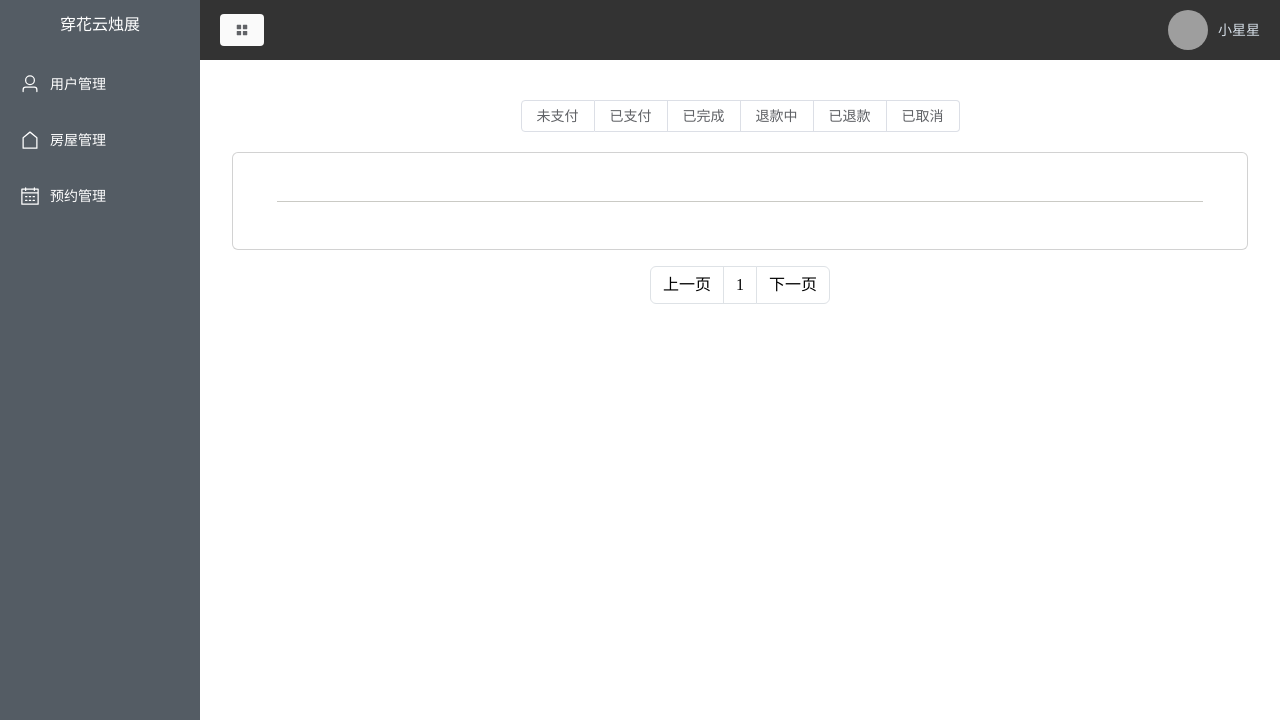
Repository: 3403784285-lucky/test-vue-big
Page: /manage/preview
An editor plug-in stored every save of this project. The page is shown before and after the next save, followed by the edit.
The browser window is 1280 px wide. The pictures show the whole page.
Pictures or frames that could not be fetched are drawn as grey boxes. The page's requests for data from a server got no answer. The project was rebuilt for these pictures with package versions that can differ from the ones it lists, and the page was loaded fresh each time. No one was signed in, and anything a server would have sent is missing. Also part of the build but not shown: vite.config.js, src/components/HelloWorld.vue, src/components/WelcomeItem.vue, src/components/icons/IconDocumentation.vue, src/components/icons/IconTooling.vue, src/components/icons/IconEcosystem.vue, src/components/icons/IconCommunity.vue, src/components/icons/IconSupport.vue and 2 more. Imported but missing from the stored project, and not drawn on this page: src/views/user/UserPassword.vue.

Above is the page before, as saved 2024-06-22 11:13:29.

### src/main.js
/*
 * @Author: 3403784285-lucky 147294730+3403784285-lucky@users.noreply.github.com
 * @Date: 2023-11-22 15:07:09
 * @LastEditors: 3403784285-lucky 147294730+3403784285-lucky@users.noreply.github.com
 * @LastEditTime: 2023-12-07 16:18:51
 * @FilePath: \test-vue-big\src\main.js
 * @Description: 这是默认设置,请设置`customMade`, 打开koroFileHeader查看配置 进行设置: https://github.com/OBKoro1/koro1FileHeader/wiki/%E9%85%8D%E7%BD%AE
 */
import { createApp } from 'vue'
import pinia from './stores'
import App from './App.vue'
import router from './router'
import '@/assets/main.scss'
import 'jquery/dist/jquery.min'
import 'bootstrap/dist/css/bootstrap.css'
import 'bootstrap/dist/js/bootstrap'
import 'bootstrap/dist/js/bootstrap.bundle.min' // 注意这里使用了 bundle 版本，它包含了 Popper.js
import '@/assets/font/iconfont.css'

import ElementPlus from 'element-plus'//引入Element Plus库，用于创建UI界面
import 'element-plus/dist/index.css'//引入Element Plus库的CSS样式表
const app = createApp(App)
//带有凭证，跨域操作
// axios.defaults.withCredentials = true
app.use(pinia)
app.use(router)

app.use(ElementPlus);
app.mount('#app')

import * as ELIcons from '@element-plus/icons-vue'
// 全局导入element plus图标
for (let iconName in ELIcons) {
    app.component(iconName, ELIcons[iconName])
}

### src/stores/index.js
//pinia独立维护

import { createPinia } from 'pinia'
import { defineStore } from 'pinia';

import persist from 'pinia-plugin-persistedstate'
const pinia = createPinia()

pinia.use(persist)
//统一导出
export default pinia
export * from './modules/user'
export * from './modules/counter'

export * from './modules/time'
export const useButtonStore = defineStore('button', {
    state: () => ({
        fromButton: false
    }),
    actions: {
        setFromButton(value) {
            this.fromButton = value;
        }
    }
});

### src/App.vue
<script setup>


</script>

<template>
  <router-view ></router-view>
</template>

<style scoped>

*{
  padding: 0;
  margin: 0;
}


</style>
<!-- "lint-staged": {
       "*.{js,ts,vue}": [
         "eslint --fix"
       ]
     } -->

### src/assets/main.scss
body{
    margin: 0;
    background-color: #f5f5f5;
}
// fade-slide

### src/assets/font/iconfont.css
@font-face {
  font-family: "iconfont"; /* Project id 4248113 */
  src: url('iconfont.woff2?t=1702733858370') format('woff2'),
       url('iconfont.woff?t=1702733858370') format('woff'),
       url('iconfont.ttf?t=1702733858370') format('truetype');
}

.iconfont {
  font-family: "iconfont" !important;
  font-size: 16px;
  font-style: normal;
  -webkit-font-smoothing: antialiased;
  -moz-osx-font-smoothing: grayscale;
}

.icon-shouye:before {
  content: "\e614";
}

.icon-weizhi:before {
  content: "\e615";
}

.icon-jinggao:before {
  content: "\e627";
}

.icon-yishoucang:before {
  content: "\e622";
}

.icon-shangchuangequ:before {
  content: "\e62e";
}

.icon-yunxiazai:before {
  content: "\e601";
}

.icon-shoucang1:before {
  content: "\e602";
}

.icon-xiazai2:before {
  content: "\e667";
}

.icon-xiazai1:before {
  content: "\e635";
}

.icon-chuangjiangedan:before {
  content: "\e613";
}

.icon-shouqipinglun:before {
  content: "\e6a2";
}

.icon-fanhui:before {
  content: "\e71e";
}

.icon-OTCrenzheng:before {
  content: "\e641";
}

.icon-xinzeng:before {
  content: "\e616";
}

.icon-gedanbiaoqian:before {
  content: "\e6b9";
}

.icon-svg_nav_Like_press:before {
  content: "\e612";
}

.icon-bianji:before {
  content: "\e600";
}

.icon-shoucang:before {
  content: "\e611";
}

.icon-peach-flower:before {
  content: "\e674";
}

.icon-bofangqi-bofang:before {
  content: "\e6a4";
}

.icon-huifu:before {
  content: "\e625";
}

.icon-xunhuanbofang:before {
  content: "\e6cc";
}

.icon-jingyin:before {
  content: "\e6e5";
}

.icon-ks3_music:before {
  content: "\e662";
}

.icon-nansheng:before {
  content: "\e64a";
}

.icon-nvsheng:before {
  content: "\e64b";
}

.icon-shangyiyehoutuifanhui-xianxingyuankuang:before {
  content: "\e8ef";
}

.icon-xiayiyeqianjinchakangengduo-xianxingyuankuang:before {
  content: "\e8f0";
}

.icon-002jingyin:before {
  content: "\e675";
}

.icon-yinliang:before {
  content: "\e63c";
}

.icon-jushoucang:before {
  content: "\e643";
}

.icon-zanting:before {
  content: "\e618";
}

.icon-shangyishou-yuanshijituantubiao:before {
  content: "\e62c";
}

.icon-xiayishou-yuanshijituantubiao:before {
  content: "\e62d";
}

.icon-suspend:before {
  content: "\e67d";
}

.icon-bianzu03_x:before {
  content: "\e6f2";
}

.icon-bofang-xunhuanbofang:before {
  content: "\e68d";
}

.icon-icon-spring-pink:before {
  content: "\e725";
}

.icon-sousuo:before {
  content: "\e651";
}

.icon-remen:before {
  content: "\e8f4";
}

.icon-yinleliebiao:before {
  content: "\e67c";
}

.icon-kekeaiaixiaopenzai-:before {
  content: "\e60c";
}

.icon-ego-favorite:before {
  content: "\e610";
}

.icon-xiazai:before {
  content: "\e60e";
}

.icon-xihuan:before {
  content: "\e61d";
}

### src/stores/modules/user.js
import { defineStore } from 'pinia'
import { ref } from 'vue'

// 用户模块  token setToken removeToken

export const useUserStore = defineStore(
    'big-user',
    () => {
        const token = ref('')
        const userId = ref('0')
        const email = ref('')
        const name = ref('')
        const pic = ref('')

        const setToken = (newValue) => {
            token.value = newValue
        }

        const removeToken = () => {
            token.value = ''
        }

        const updateUserInfo = (newUserInfo) => {
            if (newUserInfo.userId !== undefined) {
                userId.value = newUserInfo.userId
            }
            if (newUserInfo.email !== undefined) {
                email.value = newUserInfo.email
            }
            if (newUserInfo.name !== undefined) {
                name.value = newUserInfo.name
            }
            if (newUserInfo.pic !== undefined) {
                pic.value = newUserInfo.pic
            }
        }

        return {
            token,
            userId,
            email,
            name,
            pic,
            setToken,
            removeToken,
            updateUserInfo
        }
    },
    {
        persist: true
    }
)

### src/stores/modules/counter.js
import { defineStore } from 'pinia'
import { ref } from 'vue'

//数字计数器模块

export const useCountStore = defineStore(
  'big-count',
  () => {
    const count = ref(60)
    const sub = () => {
      count.value--
    }
    return {
      count,
      sub
    }
  },
  {
    persist: {
      enabled: true,
      key: 'tempCount',
      storage: sessionStorage
    }
  }
)

### src/stores/modules/time.js
import { defineStore } from 'pinia'
import { ref } from 'vue'

//数字计数器模块

export const useTimeStore = defineStore(
  'temporary',
  () => {
    const house = ref({})
    const order = ref({})
    const finish = ref('')
    const cancel = ref('')
    const loading= ref(false)
    const refresh=ref(false)


    const activeTab = ref('待支付')
    return {
      house,
      order,
      activeTab,
      finish,
      loading,
      cancel,
      refresh
    }
  },
  {
    persist: {
      enabled: true,
      key: 'temp',
      storage: sessionStorage
    }
  }
)

### src/views/layout/ManagerLayout.vue
<template>
  <el-container>
    <el-aside width=auto>
      <CommonAside />
    </el-aside>
    <el-container>
      <el-header class="el-header"><CommonHeader /></el-header>
      <el-main>
        <router-view></router-view>
      </el-main>
    </el-container>
  </el-container>
</template>
<script setup>
import CommonAside from "@/views/menu/CommonAside.vue";
import CommonHeader from "@/views/menu/CommonHeader.vue";
</script>


<style lang="less" scoped>
.el-header{
  padding: 0px;
}
</style>

### src/views/back/PreviewManage.vue
<template>
  <div class="container">
  <div style="margin-top: 20px;margin-bottom: 20px; display: flex;justify-content: center;">
    <el-radio-group v-model="radio2" fill="black" @change="changeSelect">
      <el-radio-button label="未支付" value="0" />
      <el-radio-button label="已支付" value="1" />
      <el-radio-button label="已完成" value="2" />
      <el-radio-button label="退款中" value="-2" />
      <el-radio-button label="已退款" value="-3" />
      <el-radio-button label="已取消" value="-1" />

    </el-radio-group>
  </div>
    <div class="card manage-frame">
      <div class="container">
        <div class="row">
          <div class="col-md-2"></div>
        </div>

        <div class="split"></div>

        <div class="row" v-for="preview in previews" :key="preview.orderSkuId">
          <div class="img-frame col-md-1">
            <img class="img-fluid" :src="preview.housePic" alt="用户头像" />
          </div>
          <div class="name col-md-2">小星星{{ preview.userId }}</div>
          <div class="col-md-6 des-manage">
            {{ preview.description }}
          </div>
          <div class="col-md-1">
            <button
              type="button"
              class="down rounded-2"
              data-bs-toggle="modal"
              data-bs-target="#exampleModal"
              @click="getValue(preview)"
            >
              {{ changeName(preview.orderStatus) }}
            </button>
          </div>
          <div class="col-md-1">
            <button type="button" class="agree rounded-2">指派</button>
          </div>
          <div class="split"></div>
        </div>
      </div>
    </div>
    <nav aria-label="Page navigation example" class="test">
      <ul class="pagination justify-content-center">
        <li class="page-item">
          <a
            class="page-link"
            href="#"
            tabindex="-1"
            aria-disabled="true"
            @click="prePage"
            >上一页</a
          >
        </li>

        <li class="page-item">
          <a class="page-link" href="#">{{ page }}</a>
        </li>

        <li class="page-item">
          <a class="page-link" href="#" @click="nextPage">下一页</a>
        </li>
      </ul>
    </nav>
  </div>
  <div
    class="modal fade"
    id="exampleModal"
    tabindex="-1"
    aria-labelledby="exampleModalLabel"
    aria-hidden="true"
  >
    <div class="modal-dialog about-return">
      <div class="modal-content">
        <div class="modal-header">
          <h5 class="modal-title" id="exampleModalLabel">提示</h5>
          <button
            type="button"
            class="btn-close"
            data-bs-dismiss="modal"
            aria-label="Close"
          ></button>
        </div>
        <div class="modal-body">
          {{ changeContent(temp) }}
        </div>
        <div class="modal-footer">
          <button
            type="button"
            class="btn btn-secondary cancel"
            data-bs-dismiss="modal"
          >
            取消
          </button>
          <button
            type="button"
            class="btn bg-dark text-white"
            @click="dealWithPreview(temp)"
          >
            确定
          </button>
        </div>
      </div>
    </div>
  </div>
</template>

<script setup>
import { ref, onUnmounted } from 'vue'
import { useRouter } from 'vue-router'
import { useTimeStore } from '@/stores/index'
import $ from 'jquery'

import {
  clarifyOrderService,
  previewReturnService,
  houseCertainService
} from '@/api/house'




const radio2 = ref('New York')
const router = useRouter()
let previews = ref()
let timeStore = useTimeStore()
const temp = ref({
  orderSkuId: null,
  userId: null,
  orderSpuId: null,
  orderCreateTime: null,
  orderStatus: null,
  orderBadTime: null,
  orderEndTime: null,
  description: null,
  skuId: null,
  totalPrice: null
})
const page = ref(1)
const totalPage = ref()

const changeSelect=async(e)=>{

  if(e=="未支付"){
    const res=await clarifyOrderService(page.value,5,0)
    previews.value=res.data.data.records[0].orderSkus
  totalPage.value = res.data.data.pages


  }
  else if(e=="已支付"){
    const res=await clarifyOrderService(page.value,4,1)
    previews.value=res.data.data.records[0].orderSkus
  totalPage.value = res.data.data.pages




  }
  else if(e=="已取消"){
    const res=await clarifyOrderService(page.value,4,-1)
    previews.value=res.data.data.records[0].orderSkus
  totalPage.value = res.data.data.pages



  }
  else if(e=="已退款"){
    const res=await clarifyOrderService(page.value,4,-3)
    previews.value=res.data.data.records[0].orderSkus
  totalPage.value = res.data.data.pages



  }
  else if(e=="退款中"){
    const res=await clarifyOrderService(page.value,4,-3)
    previews.value=res.data.data.records[0].orderSkus
  totalPage.value = res.data.data.pages



  }else if(e=="已完成"){
    const res=await clarifyOrderService(page.value,4,2)
    previews.value=res.data.data.records[0].orderSkus
  totalPage.value = res.data.data.pages



  }

}

const getValue = (preview) => {
  temp.value = preview
  console.log('点击了')
}

const dealWithPreview = (preview) => {
  if (preview.orderStatus == -2) {
    agreeReturn(preview)
    preview.orderStatus = '-3'
    $('.cancel')[0].click()
  } else {
    seeHouse(preview)
  }
}

const init = async () => {
  const res = await clarifyOrderService(page.value,5,2)
  console.log(res.data.data)
   previews.value = res.data.data.records[0].orderSkus
  totalPage.value = res.data.data.pages
}
const changeName = (status) => {
  if (status == -2) {
    return '退款'
  } else {
    return '查看'
  }
}
const changeContent = (preview) => {
  console.log(preview.orderStatus)
  if (preview.orderStatus == -2) {
    return '您确定要同意该订单的退款吗'
  } else {
    return '您即将跳转到房屋详情页面，要继续操作吗？'
  }
}
onUnmounted(() => {
  $('.modal-backdrop').remove()
  $('body').removeClass('modal-open')
})
init()
//上一页
const prePage = () => {
  console.log('上一页')
  if (page.value != 1) {
    page.value--
    init()
  }
}
//同意退款
const agreeReturn = async (preview) => {
  await previewReturnService(preview)

  ElMessage.success('退款成功')
}
const seeHouse = async (preview) => {
  const res = await houseCertainService(preview)
  console.log(res.data)
  timeStore.house = res.data.data
  router.push('/house/channel')
}

//下一页
const nextPage = () => {
  console.log('下一页')
  if (page.value != totalPage.value) {
    page.value++
    init()
  }
}
</script>
<style scoped>
.manage-frame {
  padding: 2rem;
}
.test {
  margin-top: 1rem;
  font-family: 'YouYuan';
}
.page-link {
  color: black;
}
.name {
  font-size: 0.9rem;
  font-family: 'YouYuan';
}
.freeze {
  width: 4rem;
  height: 2rem;
  font-size: 0.7rem;
  background-color: rgb(201, 105, 105);
  color: white;
  border: 0;
  outline: none;
}
.down {
  width: 3rem;
  height: 1.5rem;
  font-size: 0.7rem;
  background-color: rgb(201, 105, 105);
  color: white;
  border: 0;
  outline: none;
}

.agree {
  width: 3rem;
  height: 1.5rem;
  font-size: 0.7rem;
  background-color: rgb(73, 211, 156);
  color: white;
  border: 0;
  outline: none;
}
.split {
  height: 0.02rem;
  background-color: rgb(202, 202, 197);
  width: 100%;
  margin-top: 1rem;
  margin-bottom: 1rem;
}
.des-manage {
  font-size: 0.7rem;
  color: rgb(150, 155, 160);
}
</style>

### src/views/menu/CommonAside.vue
<template>
  <el-menu default-active="1-4-1" class="el-menu-vertical-demo" @open="handleOpen" @close="handleClose"
           :collapse="isCollapse" background-color="#545c64" text-color="#fff" active-text-color="#ffd04b">
    <!-- 要放到导航栏里面 -->
    <h3>{{ isCollapse ? "后台" : "穿花云烛展" }}</h3>
    <!-- 观察数据,我们发现name是唯一标识 -->
    <!-- 查看文档,index是唯一标识 -->
    <el-menu-item @click="clickItem(item)" v-for="item in noChildren" :key="item.name" :index="item.name">
      <!-- 直接使用图标组件 -->
      <component :is="item.icon" class="menu-icon" />
      <span slot="title">{{ item.label }}</span>
    </el-menu-item>
  </el-menu>
</template>

<script setup>
import { computed } from 'vue';
import { useRouter, useRoute } from 'vue-router';
import { useMenuStore } from '@/stores/modules/menuStore'; // 引入 Pinia Store
import {
  House,
  User,
  Calendar
} from '@element-plus/icons-vue';

const icons = {
  House,
  User,
  Calendar
};

const MenuData = [
  {
    name: 'userManagement',
    label: '用户管理',
    icon: User,
    path: '/manage/user',
    url: '/manage/user'
  },
  {
    name: 'houseManagement',
    label: '房屋管理',
    icon: House,
    path: '/manage/house',
    url: '/manage/house'
  },
  {
    name: 'previewManagement',
    label: '预约管理',
    icon: Calendar,
    path: '/manage/preview',
    url: '/manage/preview'
  }
];

// 动态解析图标组件
const resolveIconComponent = (iconName) => {
  return icons[iconName] || null;
};

// 使用 Pinia Store
const menuStore = useMenuStore();

// 获取折叠状态
const isCollapse = computed(() => menuStore.isCollapse);

// 获取路由实例
const router = useRouter();
const route = useRoute();

// 处理菜单项点击事件，导航到指定路径
const clickItem = (item) => {
  // 防止重复点击同一路径报错
  if (route.path !== item.path && !(route.path === '/manager-layout' && item.path === '/manage/user')) {
    router.push(item.path);
  }
};

// 处理菜单打开事件
const handleOpen = (key, keyPath) => {
  console.log('打开菜单:', key, keyPath);
};

// 处理菜单关闭事件
const handleClose = (key, keyPath) => {
  console.log('关闭菜单:', key, keyPath);
};

// 计算属性，过滤没有子菜单的菜单项
const noChildren = computed(() => {
  return MenuData.filter(item => !item.children);
});

// 计算属性，过滤有子菜单的菜单项
const hasChildren = computed(() => {
  return MenuData.filter(item => item.children);
});
</script>

<style scoped>
.el-menu-vertical-demo:not(.el-menu--collapse) {
  width: 200px;
  min-height: 400px;
}

.el-menu {
  height: 100vh;
  border-right: none;

  h3 {
    text-align: center;
    line-height: 48px;
    color: #fff;
    font-size: 16px;
    font-weight: 400;
  }
}

.menu-icon {
  margin-right: 10px;
  font-size: 20px; /* 调整图标大小 */
  width: 1em;
  height: 1em;
  display: inline-flex;
  align-items: center;
  justify-content: center;
}
</style>

### src/views/menu/CommonHeader.vue
<template>
  <div class="header-container">
    <div class="l-content">
      <el-button @click="handleMenu" size="mini" class="custom-button">
        <el-icon><Menu /></el-icon>
      </el-button>
    </div>
    <div class="r-content">
      <el-dropdown>
        <span class="el-dropdown-link" @click.stop>
          <img class="user" src="https://tse3-mm.cn.bing.net/th/id/OIP-C.XnNffgb1NFyj1bxHEXyzsQAAAA?w=210&h=210&c=7&r=0&o=5&dpr=2&pid=1.7" alt="头像">
          <span class="username">小星星</span>
        </span>
        <template #dropdown>
          <el-dropdown-menu>
            <el-dropdown-item>个人信息</el-dropdown-item>
            <el-dropdown-item>退出</el-dropdown-item>
          </el-dropdown-menu>
        </template>
      </el-dropdown>
    </div>
  </div>
</template>

<script setup>
import { Menu } from '@element-plus/icons-vue';
import { useMenuStore } from '@/stores/modules/menuStore'; // 引入 Pinia Store

const menuStore = useMenuStore(); // 使用 Pinia Store

const handleMenu = () => {
  menuStore.toggleCollapse(); // 调用 Pinia Store 的方法
};
</script>

<style lang="less" scoped>
.header-container {
  background-color: #333;
  height: 60px;

  // 让按钮和头像居中
  display: flex;
  justify-content: space-between;
  align-items: center;
  // 不要紧贴边框
  padding: 0 20px;

  .el-dropdown-link {
    display: flex;
    align-items: center;
    cursor: pointer;
    color: #d5dee7;

    .user {
      width: 40px;
      height: 40px;
      // 50%变圆形
      border-radius: 50%;
    }

    .username {
      margin-left: 10px;
      color: #d5dee7;
    }
  }
}

/* 自定义按钮样式 */
.custom-button {
  background-color: #fafafa; /* 默认背景色 */
  color: #616367; /* 默认文字颜色 */
  border: none; /* 无边框 */
}

.custom-button:hover {
  background-color: #616367; /* 悬停背景色 */
  color: #fff; /* 悬停文字颜色 */
}

.custom-button:active {
  background-color: #616367; /* 悬停背景色 */
  color: #fff; /* 悬停文字颜色 */
}
</style>

### src/utils/request.js
import { useUserStore } from '@/stores'
import { ElMessage } from 'element-plus'
import router from '@/router'
import axios from 'axios'

const baseURL = 'http://localhost:8080'

const instance = axios.create({
    baseURL,
    timeout: 60000
    //   headers: { 'X-Custom-Header': 'foobar' }
})

// 添加请求拦截器
axios.interceptors.request.use(
    (config) => {
        // 在发送请求之前做些什么
        const useStore = useUserStore()
        if (useStore.token) {
            config.headers.Authorization = useStore.token
        }
        return config
    },
    function (error) {
        // 处理请求错误
        return Promise.reject(error)
    }
)

// 添加响应拦截器
axios.interceptors.response.use(
    function (response) {
        // 2xx 状态码都会触发此函数
        // 处理响应数据
        if (
            response.data.code === 0 ||
            response.data.code == 506 ||
            response.data.code == 503
        ) {
            return response
        }
        ElMessage.error(response.data.message || '服务异常')
        return Promise.reject(response.data)
    },
    function (error) {
        // 处理响应错误
        // 特殊情况 401 未授权或者token过期=>跳转到登录页
        if (error.response?.status === 401) {
            router.push('/login')
        }
        // 默认情况下的错误处理
        ElMessage.error(error.response.data.message || '服务异常')
        return Promise.reject(error)
    }
)

export default instance
export { baseURL }

### src/stores/modules/menuStore.js
import { defineStore } from 'pinia';

export const useMenuStore = defineStore('menu', {
    state: () => ({
        isCollapse: false, // 导航栏是否折叠
    }),
    actions: {
        // 切换导航栏展开和收起的方法
        toggleCollapse() {
            this.isCollapse = !this.isCollapse;
        }
    }
});

Loaded but not shown: index.html (common file); src/router/index.js (172 lines, source omitted); src/api/house.js (249 lines, source omitted)

After the next save:
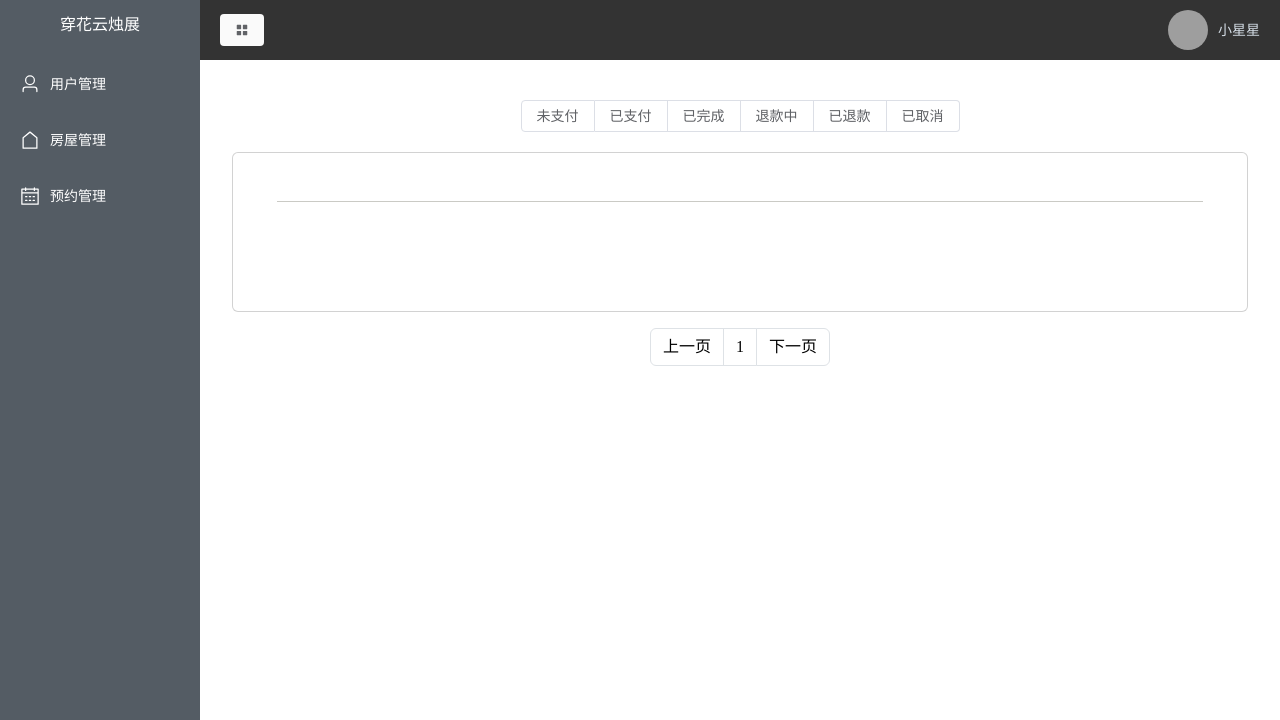
Saved 9 min 33 s later.
--- a/src/views/back/PreviewManage.vue
+++ b/src/views/back/PreviewManage.vue
@@ -270,6 +270,7 @@
 <style scoped>
 .manage-frame {
   padding: 2rem;
+  height: 10rem;
 }
 .test {
   margin-top: 1rem;

After the save that followed:
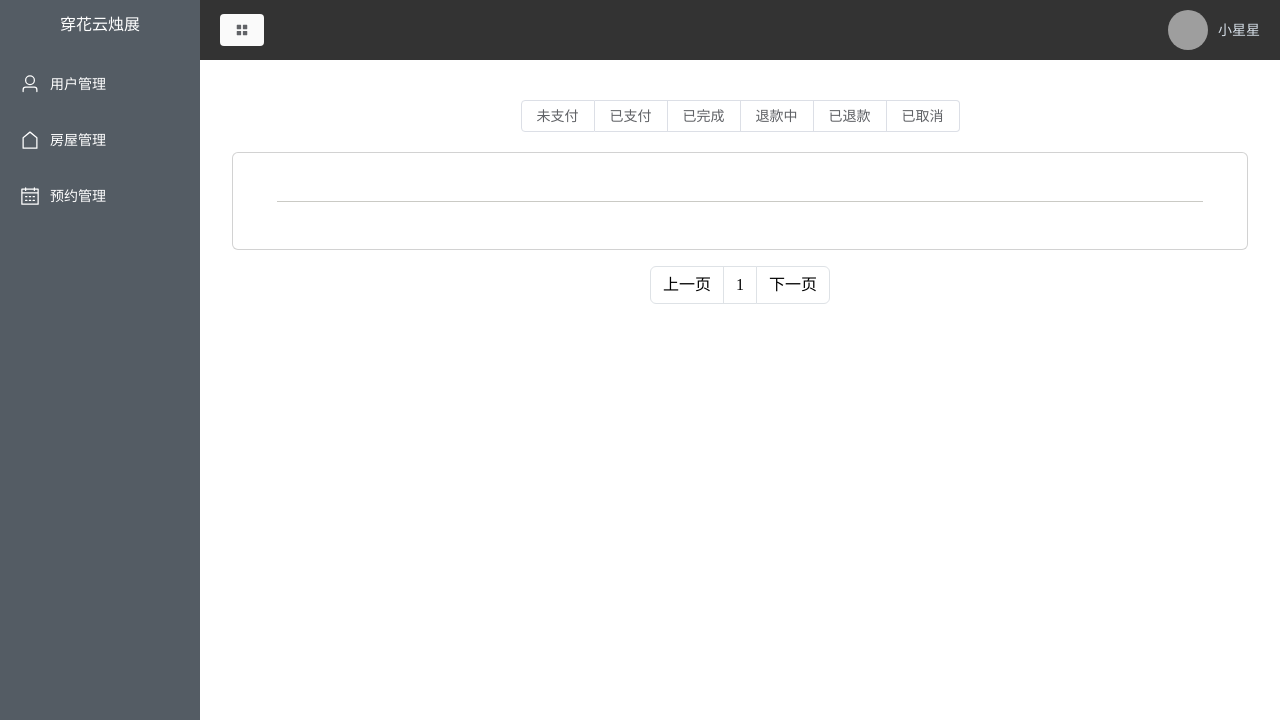
Saved 17 s later.
--- a/src/views/back/PreviewManage.vue
+++ b/src/views/back/PreviewManage.vue
@@ -270,7 +270,7 @@
 <style scoped>
 .manage-frame {
   padding: 2rem;
-  height: 10rem;
+
 }
 .test {
   margin-top: 1rem;
